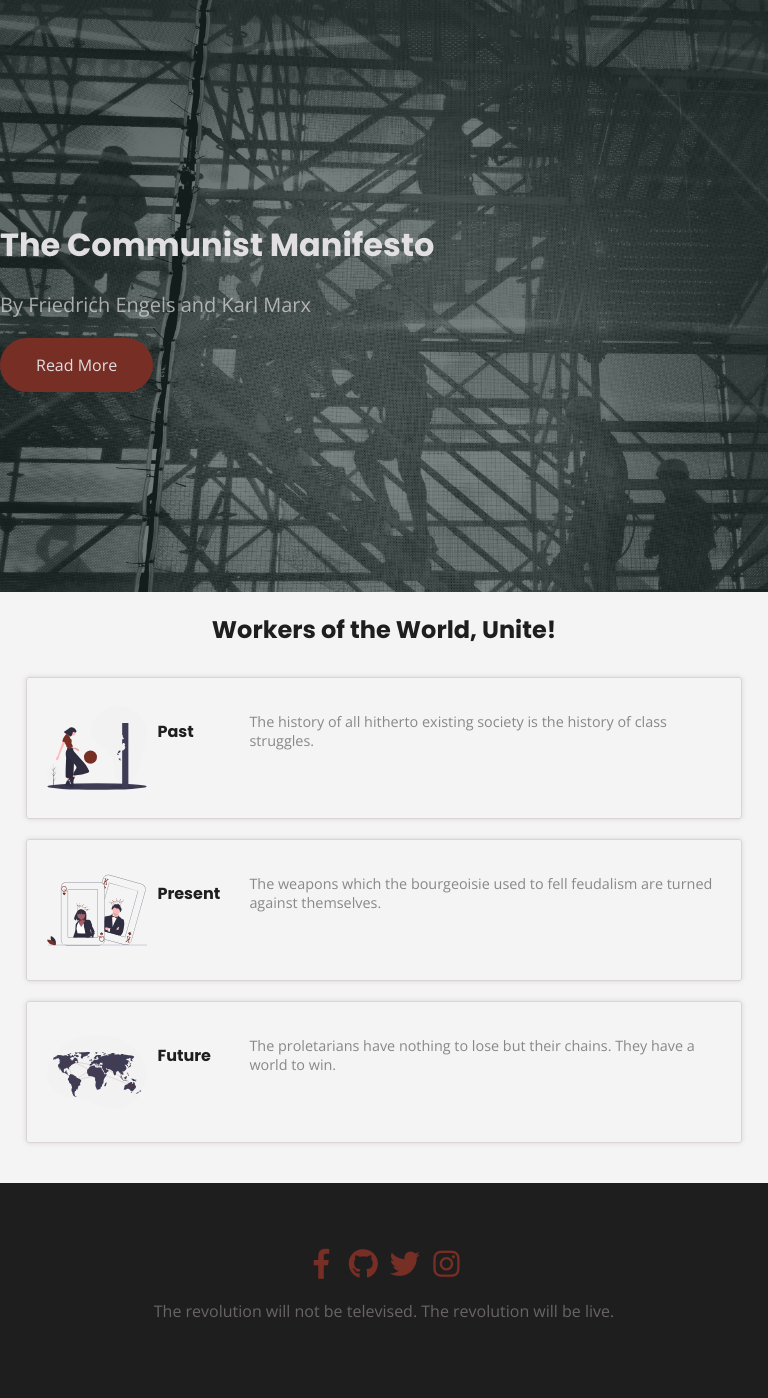
Repository: eaang/landing
Page: index.html
An editor plug-in stored every save of this project. The page is shown before and after the next save, followed by the edit.
The browser window is 768 px wide. The pictures show the whole page.
Some web libraries are served in a nearby version.

Above is the page before, as saved 2020-06-10 17:10:20.

After the next save:
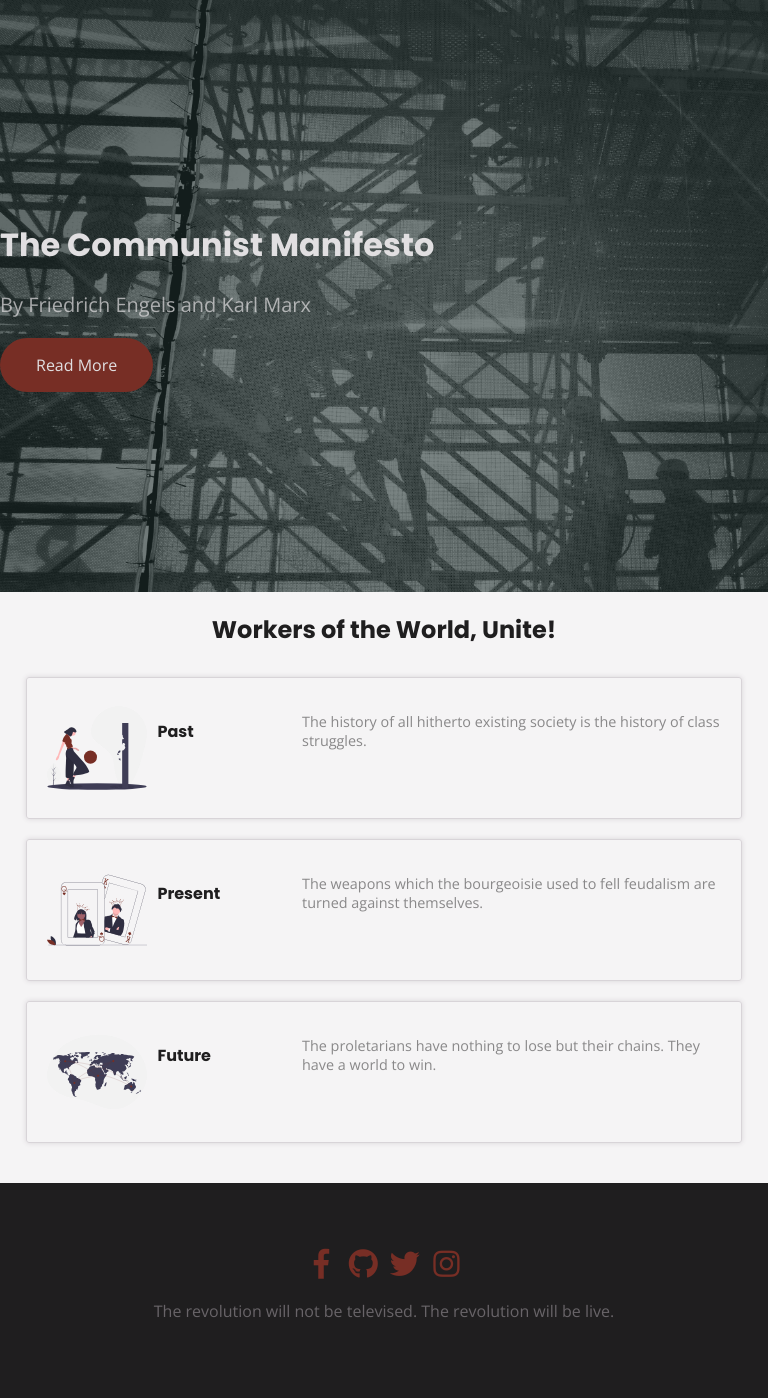
Saved 11 s later.
--- a/css/style.css
+++ b/css/style.css
@@ -146,7 +146,7 @@ a {
     text-align: left;
     padding-left: 10px;
     margin-right: 10px;
-    min-width: 10%;
+    min-width: 20%;
   }
   .card-text {
     max-width: 70%;
